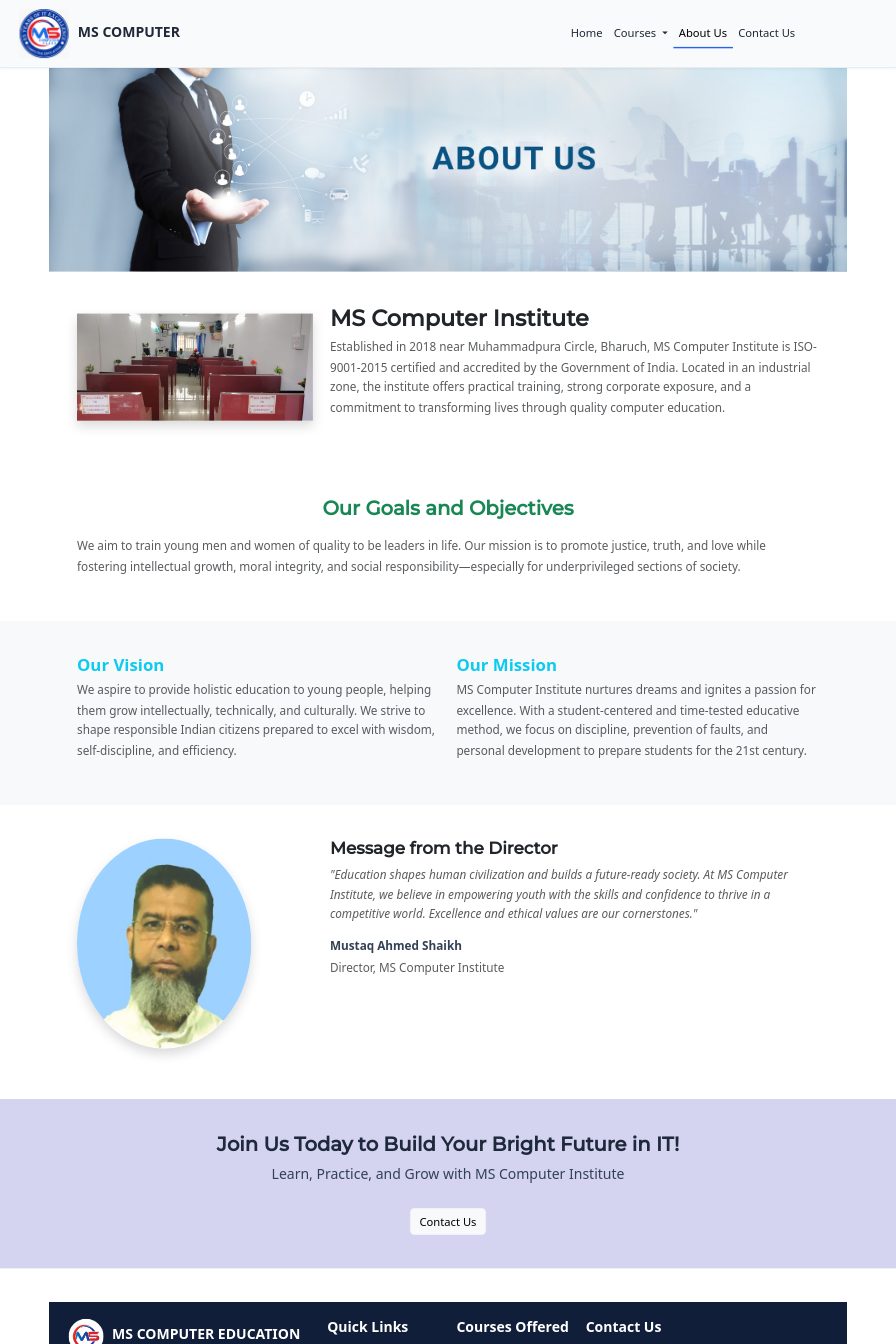
Repository: mscomputer2025/mscomputer
Page: http://localhost/aboutus
The author's editor kept a copy of each file at every save. The page is drawn from the files as they stood at one save, then again after the next save.
The browser window is 1280 px wide. The pictures show the part of the page from y = 0 to 1920 px (the page is 2288 px tall before and 2647 px after), at 70% of full size.
Some web fonts or font styles are not loaded; a fallback is used. The page is served by the project's Laravel application, run on PHP 8.4 with Laravel 12. Other server files are loaded and not shown. Queries for data that is not in the repository find no rows.

Above is the page before, as saved 2025-07-04 18:02:35.

### app/Providers/AppServiceProvider.php
<?php

namespace App\Providers;

use Illuminate\Support\ServiceProvider;
use App\Models\Courses;
use Illuminate\Support\Facades\View;

class AppServiceProvider extends ServiceProvider
{

    public function register(): void
    {
        //
    }

    public function boot()
{
    View::composer('*', function ($view) {
        $view->with('allCourses', Courses::all());
    });
}
}

### app/Providers/ViewServiceProvider.php
<?php

namespace App\Providers;

use Illuminate\Support\ServiceProvider;
use Illuminate\Support\Facades\View;
use Illuminate\View\Compilers\BladeCompiler;
use Illuminate\Support\Facades\Validator;
use App\Models\Courses;

class ViewServiceProvider extends ServiceProvider
{

    public function register(): void
    {
        //
    }


    public function boot()
    {
        View::composer('*', function ($view) {
            $courses = Courses::all();
            $view->with('courses', $courses);
        });
    }
}

### routes/web.php
<?php

use Illuminate\Support\Facades\Route;

Route::get('/', function () {
    return view('homepage');
});
Route::get('/contactus', function () {
    return view('contactus');
});
Route::get('/courses', function () {
    return view('courses');
});
Route::get('/aboutus', function () {
    return view('aboutus');
});

### app/Models/Courses.php
<?php

namespace App\Models;

use Illuminate\Database\Eloquent\Model;

class Courses extends Model
{
    protected $fillable = [
        'course_id', 'course_title', 'course_image', 'course_duration',
        'course_description', 'course_curriculum', 'course_rating', 'course_reviews'
    ];

    protected $casts = [
        'course_curriculum' => 'array',
    ];
}

### resources/views/aboutus.blade.php
@extends('master.master')

@section('title', 'About Us')

@section('content')

    <!-- Hero Banner -->
    <div class="container p-0">
        <img src="{{ asset('images/aboutus.jpg') }}" class="img-fluid"
            style="max-height: 400px; object-fit: cover;" alt="MS Computer Institute">
    </div>

    <!-- About Section -->
    <section class="py-5">
        <div class="container">
            <div class="row align-items-center mx-3">
                <div class="col-lg-4 mb-4 mb-lg-0">
                    <img src="{{ asset('images/mscomputer.jpeg') }}" class="img-fluid  shadow" alt="Institute">
                </div>
                <div class="col-lg-8">
                    <h2 class="fw-bold text-dark">MS Computer Institute </h2>
                    <p class="text-muted">Established in 2018 near Muhammadpura Circle, Bharuch, MS Computer Institute is
                        ISO-9001-2015 certified and accredited by the Government of India. Located in an industrial zone,
                        the institute offers practical training, strong corporate exposure, and a commitment to transforming
                        lives through quality computer education.</p>
                </div>
            </div>
        </div>
    </section>

    <!-- Goals and Objectives -->
    <section class="py-5">
        <div class="container">
            <h3 class="text-center fw-bold mb-4 text-success">Our Goals and Objectives</h3>
            <div class="row mx-3">
                <div class="col-md-12">
                    <p class="text-muted">We aim to train young men and women of quality to be leaders in life. Our mission
                        is to promote justice, truth, and love while fostering intellectual growth, moral integrity, and
                        social responsibility—especially for underprivileged sections of society.</p>
                </div>
            </div>
        </div>
    </section>

    <!-- Vision & Mission -->
    <section class="py-5 bg-light">
        <div class="container">
            <div class="row g-4 mx-3">
                <div class="col-md-6">
                    <h4 class="fw-semibold text-info">Our Vision</h4>
                    <p class="text-muted">We aspire to provide holistic education to young people, helping them grow
                        intellectually, technically, and culturally. We strive to shape responsible Indian citizens prepared
                        to excel with wisdom, self-discipline, and efficiency.</p>
                </div>
                <div class="col-md-6">
                    <h4 class="fw-semibold text-info">Our Mission</h4>
                    <p class="text-muted">MS Computer Institute nurtures dreams and ignites a passion for excellence. With a
                        student-centered and time-tested educative method, we focus on discipline, prevention of faults, and
                        personal development to prepare students for the 21st century.</p>
                </div>
            </div>
        </div>
    </section>

    <!-- Director's Message -->
    <section class="py-5">
        <div class="container">
            <div class="row align-items-start mx-3">
                <div class="col-lg-4 mb-4">
                    <img src="{{ asset('images/director.jpg') }}" class="img-fluid rounded-circle shadow" alt="Director"
                        style="max-height: 300px;">
                </div>
                <div class="col-lg-8">
                    <h4 class="fw-bold text-dark">Message from the Director</h4>
                    <p class="text-muted fst-italic">"Education shapes human civilization and builds a future-ready society.
                        At MS Computer Institute, we believe in empowering youth with the skills and confidence to thrive in
                        a competitive world. Excellence and ethical values are our cornerstones."</p>
                    <p class="mb-1 fw-semibold">Mustaq Ahmed Shaikh</p>
                    <p class="text-muted">Director, MS Computer Institute</p>
                </div>
            </div>
        </div>
    </section>

    <!-- Call to Action -->
    <section class="py-5  text-white text-center" style="background-color: rgb(212 212 240) !important;">
        <div class="container">
            <h3 class="fw-bold mx-3">Join Us Today to Build Your Bright Future in IT!</h3>
            <p class="lead mx-3">Learn, Practice, and Grow with MS Computer Institute</p>
            <a href="{{ url('/contact') }}" class="btn btn-light mt-3 mx-3">Contact Us</a>
        </div>
    </section>

@endsection

### resources/views/master/master.blade.php
<!DOCTYPE html>
<html lang="en">
<head>
    <meta charset="UTF-8">
    <meta name="viewport" content="width=device-width, initial-scale=1.0">
    <link rel="stylesheet" href="{{ asset('css/master.css') }}">
    <link href="https://fonts.googleapis.com/css2?family=Poppins&display=swap" rel="stylesheet">
    <link href="https://fonts.googleapis.com/css2?family=Orbitron:wght@600&family=Montserrat:wght@500&display=swap" rel="stylesheet">
    <link rel="stylesheet" href="https://cdn.jsdelivr.net/npm/bootstrap-icons@1.10.5/font/bootstrap-icons.css">
    <link href="https://cdn.jsdelivr.net/npm/bootstrap@5.3.7/dist/css/bootstrap.min.css" rel="stylesheet">
    <title>MS COMPUTER - @yield('title')</title>
</head>
<body>

    @include('master.header')

    <main>
        @yield('content')
    </main>

    @include('master.footer')

    <script src="https://cdn.jsdelivr.net/npm/bootstrap@5.3.7/dist/js/bootstrap.bundle.min.js"></script>
</body>
</html>

### resources/views/master/header.blade.php
<nav class="navbar navbar-expand-lg navbar-light shadow-sm">
    <div class="container mx-3">
        <a class="navbar-brand" href="#">
            <img src="{{ asset('logo.jpeg') }}" alt="Institute Logo" width="70" height="100" class="img-fluid">
            <span class="ms-2 fw-bold">MS COMPUTER</span>
        </a>
        <button class="navbar-toggler" type="button" data-bs-toggle="collapse" data-bs-target="#navbarContent"
            aria-controls="navbarContent" aria-expanded="false" aria-label="Toggle navigation">
            <span class="navbar-toggler-icon"></span>
        </button>

        <div class="collapse navbar-collapse justify-content-end" id="navbarContent">
            <ul class="navbar-nav mb-2 mb-lg-0">

                <li class="nav-item">
                    <a class="nav-link {{ request()->is('/') ? 'active' : '' }}" href="{{ url('/') }}">Home</a>
                </li>

                <li class="nav-item dropdown">
                    <a class="nav-link dropdown-toggle {{ request()->is('courses') ? 'active' : '' }}" href="#"
                        id="coursesDropdown" role="button" data-bs-toggle="dropdown" aria-expanded="false">
                        Courses
                    </a>
                    <ul class="dropdown-menu" aria-labelledby="coursesDropdown">
                        <li><a class="dropdown-item" href="#">Basic Computer</a></li>
                        <li><a class="dropdown-item" href="#">PGDCA</a></li>
                        <li><a class="dropdown-item" href="#">ADIT</a></li>
                        <li><a class="dropdown-item" href="#">Web Development & Designing</a></li>
                        <li><a class="dropdown-item" href="#">Tally GST</a></li>
                        <li><a class="dropdown-item" href="#">Graphic Design</a></li>
                    </ul>
                </li>

                <li class="nav-item">
                    <a class="nav-link {{ request()->is('aboutus') ? 'active' : '' }}" href="{{ url('/aboutus') }}">About
                        Us</a>
                </li>

                <li class="nav-item">
                    <a class="nav-link {{ request()->is('contactus') ? 'active' : '' }}"
                        href="{{ url('/contactus') }}">Contact Us</a>
                </li>

            </ul>
        </div>
    </div>
</nav>

### resources/views/master/footer.blade.php
<footer class="container text-white pt-4 pb-3 mt-5 footer-bg">
    <div class="mx-3">
        <div class="row">
            <!-- Institute Info -->
            <div class="col-md-4 mb-3">
                <a class="navbar-brand" href="#">
                    <img src="{{ asset('footerlogo.jpg') }}" alt="Institute Logo" width="50" height="70"
                        class="img-fluid rounded-circle me-2">
                </a>
                <span class="fw-bold h5">MS COMPUTER EDUCATION</span>
                <p class="mt-2">
                    MS COMPUTER nurtures dreams and shapes futures by awakening potential and inspiring a passion for
                    technical excellence. Our education system is rooted in proven methods, focused on guidance,
                    prevention of faults, and constructive support.
                </p>
            </div>

            <!-- Quick Links -->
            <div class="col-md-2 mb-3">
                <h5 class="fw-bold">Quick Links</h5>
                <ul class="list-unstyled">
                    <li><a href="#" class="text-white text-decoration-none">Home</a></li>
                    <li><a href="#" class="text-white text-decoration-none">Courses</a></li>
                    <li><a href="#" class="text-white text-decoration-none">Inquiry</a></li>
                    <li><a href="#" class="text-white text-decoration-none">About Us</a></li>
                    <li><a href="#" class="text-white text-decoration-none">Contact Us</a></li>
                </ul>
            </div>

            <!-- Courses Offered -->
            <div class="col-md-2 mb-3">
                <h5 class="fw-bold">Courses Offered</h5>
                <ul class="list-unstyled">
                    <li><a href="#" class="text-white text-decoration-none">Basic Computer</a></li>
                    <li><a href="#" class="text-white text-decoration-none">Tally with GST</a></li>
                    <li><a href="#" class="text-white text-decoration-none">Web Development</a></li>
                    <li><a href="#" class="text-white text-decoration-none">Graphic Designing</a></li>
                    <li><a href="#" class="text-white text-decoration-none">Programming (C/C++)</a></li>
                </ul>
            </div>

            <!-- Contact Info -->
            <div class="col-md-4 mb-3">
                <h5 class="fw-bold">Contact Us</h5>
                <p><i class="bi bi-envelope-fill me-2"></i>Email: mscomputeronline@gmial.com</p>
                <p><i class="bi bi-envelope-fill me-2"></i>Email: mscomputerank@gmial.com</p>
                <p><i class="bi bi-telephone-fill me-2"></i>Phone:+91 7600 991 605 </p>
                <p><i class="bi bi-telephone-fill me-2"></i>Phone:+91 8401 330 313</p>
                <p><i class="bi bi-telephone-fill me-2"></i>Phone:+91 8780 729 978</p>
                <p><i class="bi bi-geo-alt-fill me-2 align-middle"></i> Mohammadpura,Bharuch</p>
                <p><i class="bi bi-geo-alt-fill me-2 align-middle"></i> GIDC,Ankleshwer</p>
            </div>
        </div>

        <hr class="bg-secondary">
        <div class="text-center">
            <small>&copy; {{ date('Y') }} MS COMPUTER. All rights reserved.</small>
        </div>
    </div>
</footer>

### public/css/master.css
:root {
  --primary-light: #F8FAFC;
  --accent-blue: #2563EB;
  --nav-text: #1F2937;
  --footer-bg: #101e39;
  --footer-text: #bde6e0;
  --footer-link-hover: #2563EB;
}

.navbar {
  background-color: var(--primary-light);
  border-bottom: 1px solid #e2e8f0;
  /* font-family: 'Orbitron', sans-serif;  */
}

.navbar .navbar-brand span {
  color: var(--nav-text);
  font-weight: 700;
}

.navbar .nav-link {
  color: var(--nav-text);
  font-weight: 500;
}

.navbar .nav-link.active,
.navbar .nav-link:hover {
  color: var(--accent-blue);
  border-bottom: 2px solid var(--accent-blue);
}

/* Dropdown Styling */
.navbar .dropdown-menu {
  background-color: var(--primary-light);
  border: 1px solid #e2e8f0;
  box-shadow: 0 6px 12px rgba(0, 0, 0, 0.1);
}

.navbar .dropdown-item {
  color: var(--nav-text);
}

.navbar .dropdown-item:hover {
  background-color: var(--accent-blue);
  color: white;
}

footer.footer-bg {
  background-color: var(--footer-bg);
  color: var(--footer-text);
}

footer.footer-bg span h5 {
  color: var(--footer-text);
}

footer.footer-bg a {
  color: var(--footer-text);
  text-decoration: none;
}

footer.footer-bg a:hover {
  color: var(--footer-link-hover);
  text-decoration: underline;
}

footer.footer-bg hr {
  border-top: 1px solid #cbd5e1;
}

.hero {
  width: 100%;
  height: 100vh;
    background-image: url('../images/herosection.jpeg');
  background-position: center center;
  background-size: cover;
  background-repeat: no-repeat;
  position: relative;
  display: flex;
  align-items: center;
  justify-content: center;
  text-align: center;
  color: white;
  overflow: hidden;
  /* font-family: 'Orbitron', sans-serif; */
  padding: 0 15px;
}

.hero::before {
  content: "";
  position: absolute;
  inset: 0;
  background-color: rgba(0, 0, 0, 0.4);
  z-index: 1;
}
.hero>div {
  position: relative;
  z-index: 2;
  text-shadow: 0 2px 8px rgba(0, 0, 0, 0.8);
  max-width: 800px;
  margin: auto;
}
@media (max-width: 768px) {
  .hero h1 {
    font-size: 2rem;
  }

  .hero p {
    font-size: 1rem;
  }
}
@media (max-width: 480px) {
  .hero {
    height: 80vh;
    padding: 20px;
  }
  .hero h1 {
    font-size: 1.5rem;
  }

  .hero p {
    font-size: 0.95rem;
  }
}
.course-box {
  transition: transform 0.3s ease,
}
.course-box:hover {
  transform: translateY(-5px);
  box-shadow: 0 10px 20px rgba(12, 12, 12, 0.1);
}
.heading-styled {
  font-family: 'Orbitron', sans-serif;
  font-size: 2rem;
  letter-spacing: 1px;
  color: #1f2937;
  position: relative;
}
@media (max-width: 576px) {
  .heading-styled {
    font-size: 1.5rem;
  }
}
.heading-styled::after {
  content: "";
  width: 60%;
  height: 3px;
  position: absolute;
  bottom: -10px;
  left: 0;
  border-radius: 2px;
}
section .fw-bold {
  font-family: 'Montserrat', sans-serif;
  color: #1e293b;
}

section p {
  font-size: 1.05rem;
  line-height: 1.7;
  color: #334155;
}
.about-image {
  max-height: 500px;
  object-fit: cover;
  width: 70%;
}

@media (max-width: 768px) {
  .about-image {
    width: 100%;
  }
}
.cert-logo {

  object-fit: contain;
  transition: transform 0.3s ease;
}

.cert-logo:hover {
  transform: scale(1.1);
}

.typewriter {
  overflow: hidden;
  border-right: 2px solid #000;
  white-space: nowrap;
  margin: 0 auto;
  animation: typing 3s steps(40, end), blink 0.75s step-end infinite;
  width: fit-content;
}

@keyframes typing {
  from { width: 0 }
  to { width: 100% }
}
@keyframes blink {
  50% { border-color: transparent }
}
.contact-banner {
  height: 500px;
  overflow: hidden;
}

@media (max-width: 768px) {
  .contact-banner {
    height: 250px;
  }
}

.object-fit-cover {
  object-fit: cover;
}

 .overflow-auto::-webkit-scrollbar {
        height: 8px;
    }
    .overflow-auto::-webkit-scrollbar-thumb {
        background: #ccc;
        border-radius: 10px;
    }
    .overflow-auto::-webkit-scrollbar-track {
        background: transparent;
    }

    .transition-hover:hover {
        transform: translateY(-5px);
        transition: all 0.3s ease-in-out;
    }

After the next save:
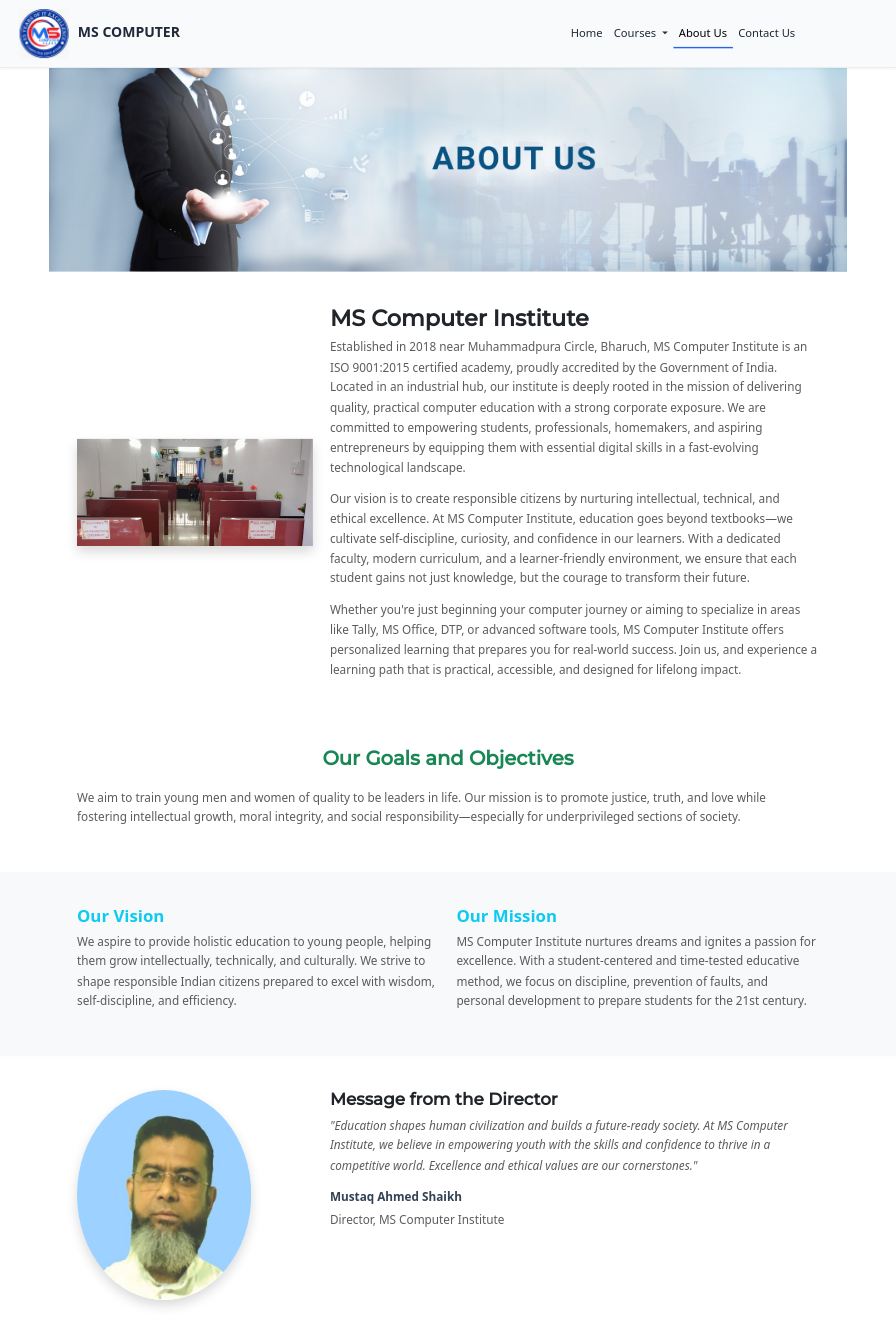
Saved 3 min 31 s later.
--- a/resources/views/aboutus.blade.php
+++ b/resources/views/aboutus.blade.php
@@ -19,10 +19,15 @@
                 </div>
                 <div class="col-lg-8">
                     <h2 class="fw-bold text-dark">MS Computer Institute </h2>
-                    <p class="text-muted">Established in 2018 near Muhammadpura Circle, Bharuch, MS Computer Institute is
-                        ISO-9001-2015 certified and accredited by the Government of India. Located in an industrial zone,
-                        the institute offers practical training, strong corporate exposure, and a commitment to transforming
-                        lives through quality computer education.</p>
+                  <p class="text-muted">
+          Established in 2018 near Muhammadpura Circle, Bharuch, MS Computer Institute is an ISO 9001:2015 certified academy, proudly accredited by the Government of India. Located in an industrial hub, our institute is deeply rooted in the mission of delivering quality, practical computer education with a strong corporate exposure. We are committed to empowering students, professionals, homemakers, and aspiring entrepreneurs by equipping them with essential digital skills in a fast-evolving technological landscape.
+        </p>
+        <p class="text-muted">
+          Our vision is to create responsible citizens by nurturing intellectual, technical, and ethical excellence. At MS Computer Institute, education goes beyond textbooks—we cultivate self-discipline, curiosity, and confidence in our learners. With a dedicated faculty, modern curriculum, and a learner-friendly environment, we ensure that each student gains not just knowledge, but the courage to transform their future.
+        </p>
+        <p class="text-muted mb-0">
+          Whether you're just beginning your computer journey or aiming to specialize in areas like Tally, MS Office, DTP, or advanced software tools, MS Computer Institute offers personalized learning that prepares you for real-world success. Join us, and experience a learning path that is practical, accessible, and designed for lifelong impact.
+        </p>
                 </div>
             </div>
         </div>
